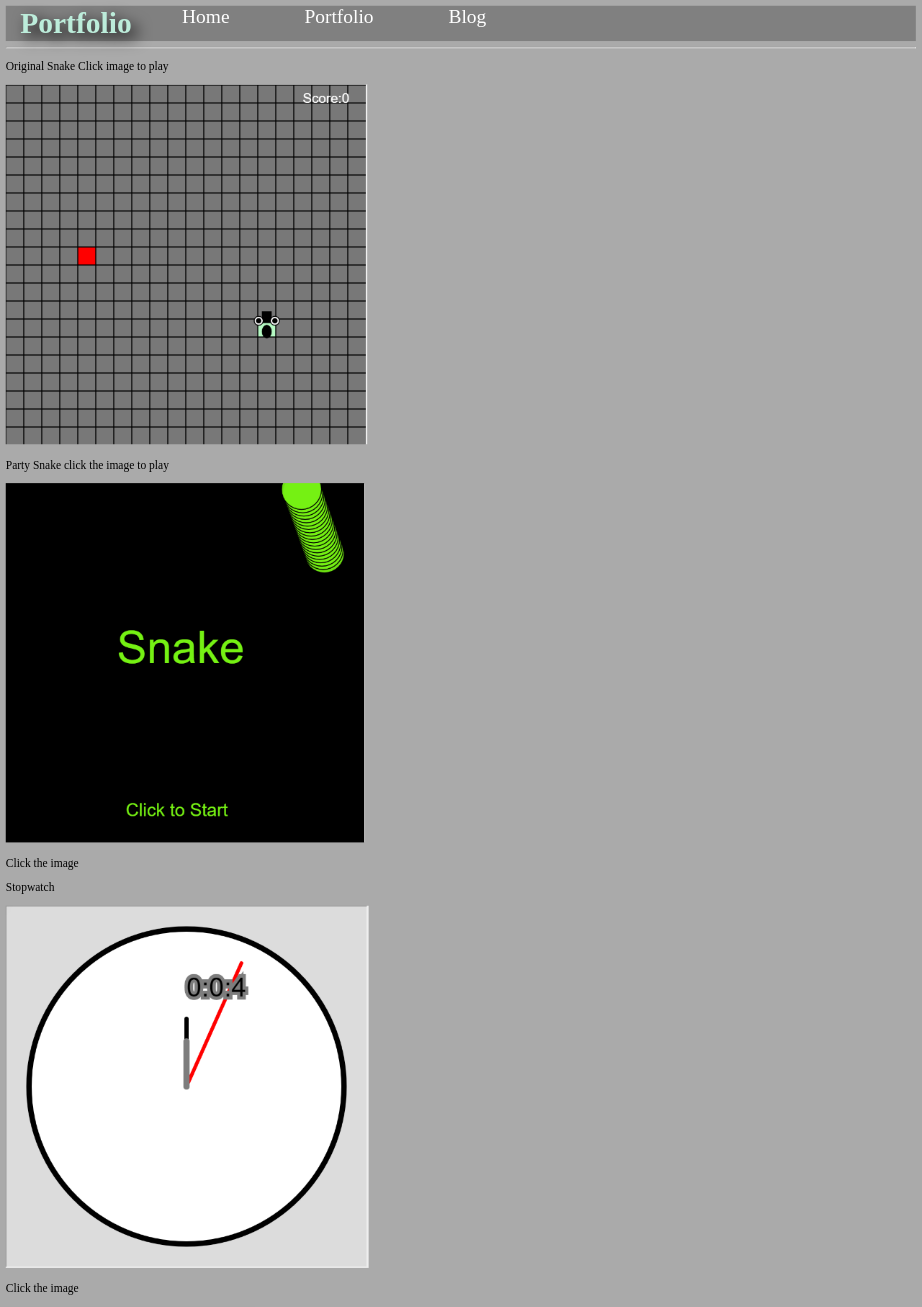
Repository: TundraGrassland/-TundraGrassland.github.io
Page: portfolio.html
The author's editor kept a record of every edit. The page is drawn from the files as they stood at one moment, then again after the next edit.
The browser window is 1280 px wide. The pictures show the whole page, at 72% of full size.

Above is the page before.

After the next edit:
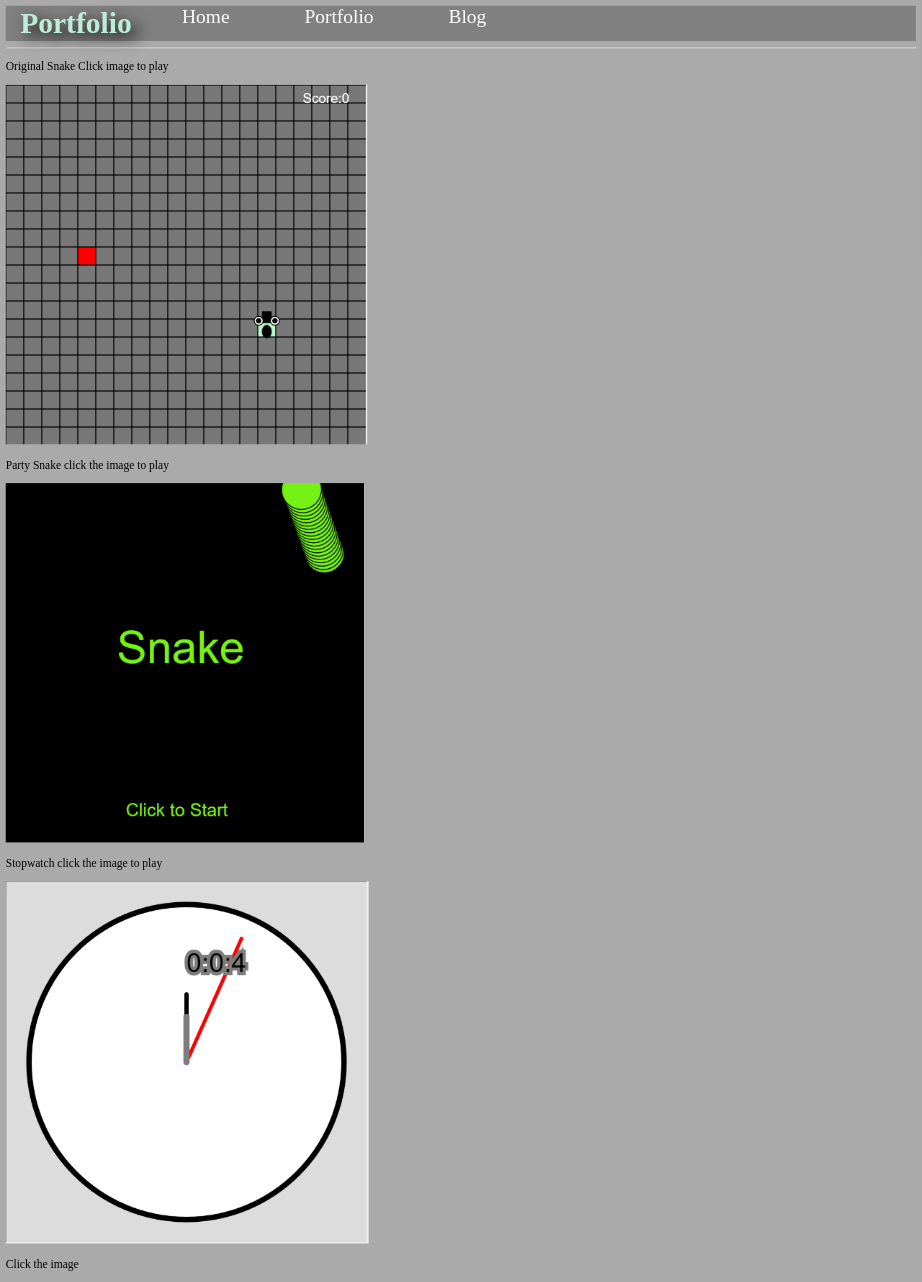
The edit:
--- a/portfolio.html
+++ b/portfolio.html
@@ -25,8 +25,7 @@
         <a href = "partySnake.html">
             <img src = "./img/partySnake.png">
         </a>
-        <p>Click the image</p>
-        <p>Stopwatch</p>
+        <p>Stopwatch click the image to play</p>
         <a href = "stopwatch.html">
             <img src = "./img/stopwatch.png">
         </a>
